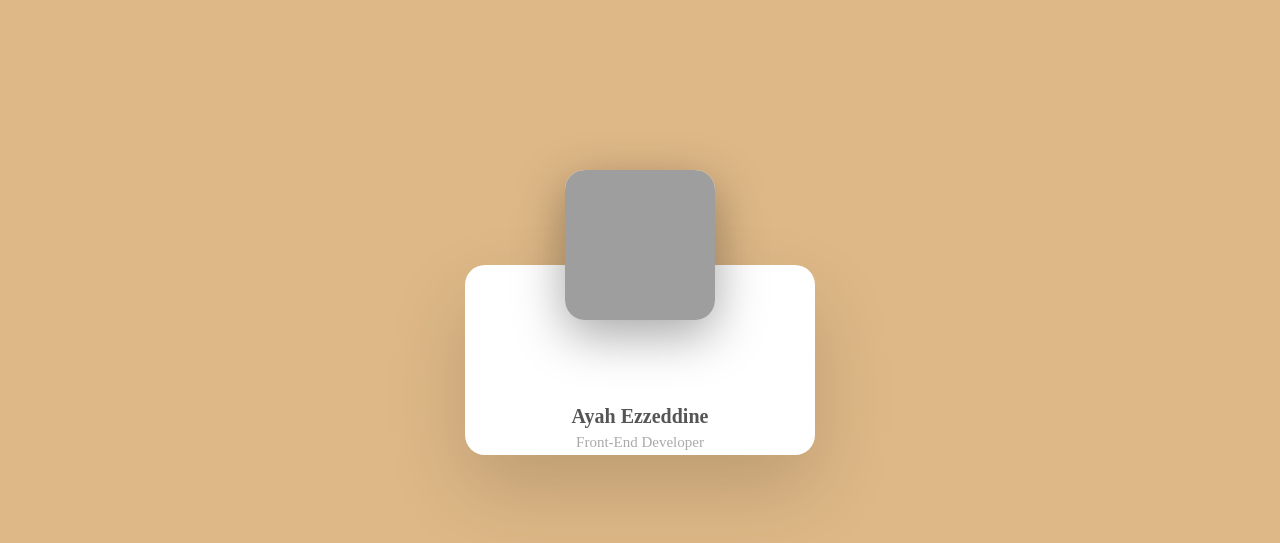
Repository: ayah1996/Github-Profiles
Page: index.html
An editor plug-in stored every save of this project. The page is shown before and after the next save, followed by the edit.
The browser window is 1280 px wide. The pictures show the whole page.
Pictures or frames that could not be fetched are drawn as grey boxes. The page's requests for data from a server got no answer.

Above is the page before, as saved 2023-01-26 14:25:20.

### index.html
<!DOCTYPE html>
<html lang="en">
  <head>
    <meta charset="UTF-8" />
    <meta http-equiv="X-UA-Compatible" content="IE=edge" />
    <meta name="viewport" content="width=device-width, initial-scale=1.0" />
    <link rel="stylesheet" href="style.css" />
    <script src="script.js" defer></script>
    <title>Github Profile</title>
  </head>
  <body>
    <!-- <form id="form">
      <input type="text" id="search" placeholder="Search A Github User ..." />
    </form> -->
    <main id="main">
      <div class="card">
        <div class="imgBox">
          <img src="unnamed.jpg" alt="profile Image" />
        </div>
        <div class="content">
          <div class="details">
            <h2>Ayah Ezzeddine <br /><span> Front-End Developer </span></h2>
            <div class="data">
              <h3>342<br /><span>Followers</span></h3>
              <h3>342<br /><span>Following</span></h3>
              <h3>100<br /><span>Repos</span></h3>
            </div>
          </div>
        </div>
      </div>
    </main>
  </body>
</html>

### style.css
* {
  box-sizing: border-box;
}

body {
  margin: 0;
}

#main {
  display: flex;
  justify-content: center;
  align-items: center;
  min-height: 100vh;
  background-color: burlywood;
}

.card {
  position: relative;
  width: 350px;
  height: 190px;
  /* height: 450px; */
  background-color: #fff;
  border-radius: 20px;
  box-shadow: 0 35px 80px rgba(0, 0, 0, 0.15);
  transition: 0.5s;
}

.card:hover {
  height: 450px;
}

.imgBox {
  position: absolute;
  left: 50%;
  top: -50%;
  transform: translateX(-50%);
  width: 150px;
  height: 150px;
  background-color: #fff;
  border-radius: 20px;
  box-shadow: 0 15px 50px rgba(0, 0, 0, 0.35);
  overflow: hidden;
  transition: 0.5s;
}
.card:hover .imgBox {
  width: 250px;
  height: 250px;
}
.imgBox img {
  position: absolute;
  top: 0;
  left: 0;
  width: 100%;
  height: 100%;
  -o-object-fit: cover;
  object-fit: cover;
}

.card .content {
  position: absolute;
  width: 100%;
  height: 100%;
  display: flex;
  justify-content: center;
  align-items: flex-end;
  overflow: hidden;
}

.card .details {
  width: 100%;
  padding: 40px;
  text-align: center;
  transition: 0.5s;
  transform: translateY(150px);
}

.card:hover .details {
  transform: translateY(0px);
}
.card .details h2 {
  font-size: 1.25em;
  font-weight: 600;
  color: #555;
  line-height: 1.2em;
}

.card .details h2 span {
  font-size: 0.75em;
  font-weight: 500;
  opacity: 0.5;
}

.card .details .data {
  display: flex;
  justify-content: space-between;
  margin: 20px 0;
}

.card .details .data h3 {
  font-size: 1em;
  color: #555;
  line-height: 1.2em;
  font-weight: 600;
}
.card .details .data h3 span {
  font-size: 0.85em;
  font-weight: 400;
  opacity: 0.5;
}

### script.js
const APIURL = "https://api.github.com/users/";

const main = document.getElementById("main");
const form = document.getElementById("form");
const search = document.getElementById("search");

getUser("ayah1996");

async function getUser(username) {
  const response = await fetch(APIURL + username);
  const data = await response.json();

  createUserCard(data);
  getRepos(username);
}

async function getRepos(username) {
  const response = await fetch(APIURL + username + "/repos");
  const data = await response.json();

  addReposToCard(data);
}

function createUserCard(user) {
  const cardHTML = ``;
}

After the next save:
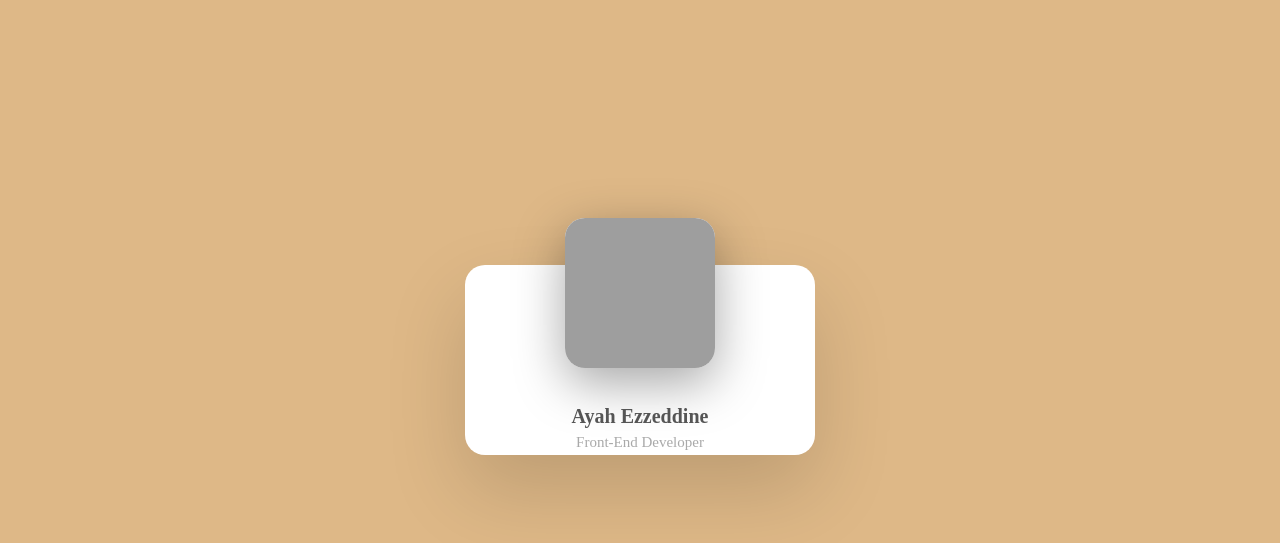
Saved 87 s later.
--- a/style.css
+++ b/style.css
@@ -18,7 +18,6 @@ body {
   position: relative;
   width: 350px;
   height: 190px;
-  /* height: 450px; */
   background-color: #fff;
   border-radius: 20px;
   box-shadow: 0 35px 80px rgba(0, 0, 0, 0.15);
@@ -32,7 +31,7 @@ body {
 .imgBox {
   position: absolute;
   left: 50%;
-  top: -50%;
+  top: -25%;
   transform: translateX(-50%);
   width: 150px;
   height: 150px;
